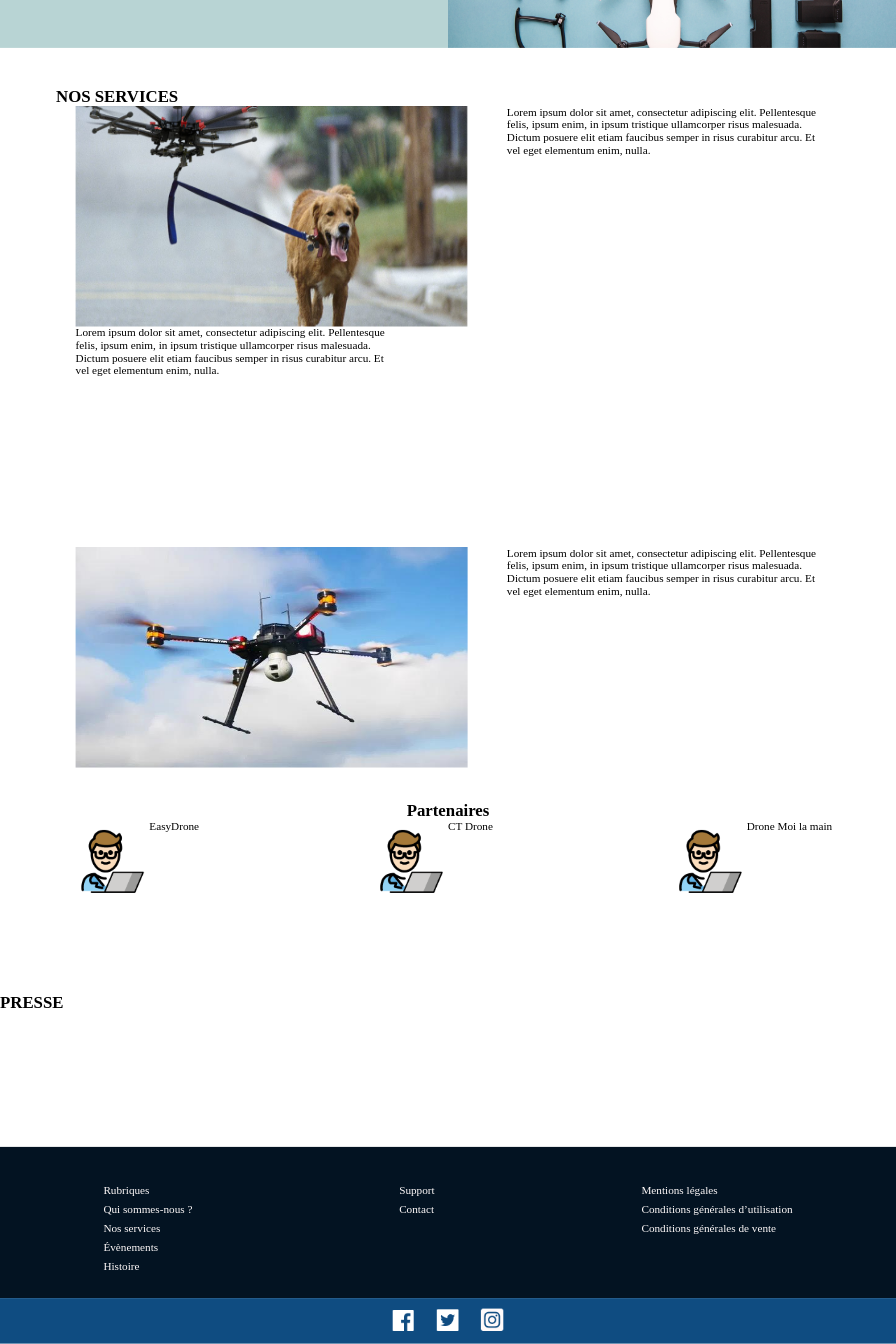
Repository: clairedupuich/serv_drone
Page: http://localhost/aceuille.html
These files come from the project's save history. The page is drawn as it stood at one moment and after the next save; the edit follows.
The browser window is 1280 px wide. The pictures show the part of the page from y = 808 to 2728 px (the page is 2728 px tall before and 2604 px after), at 70% of full size.
Pictures or frames that could not be fetched are drawn as grey boxes. The page is run by PHP 8.4 with error messages shown; the project is at /var/www/html/.

Above is the page before, as saved 2020-11-01 22:24:34.

After the next save:
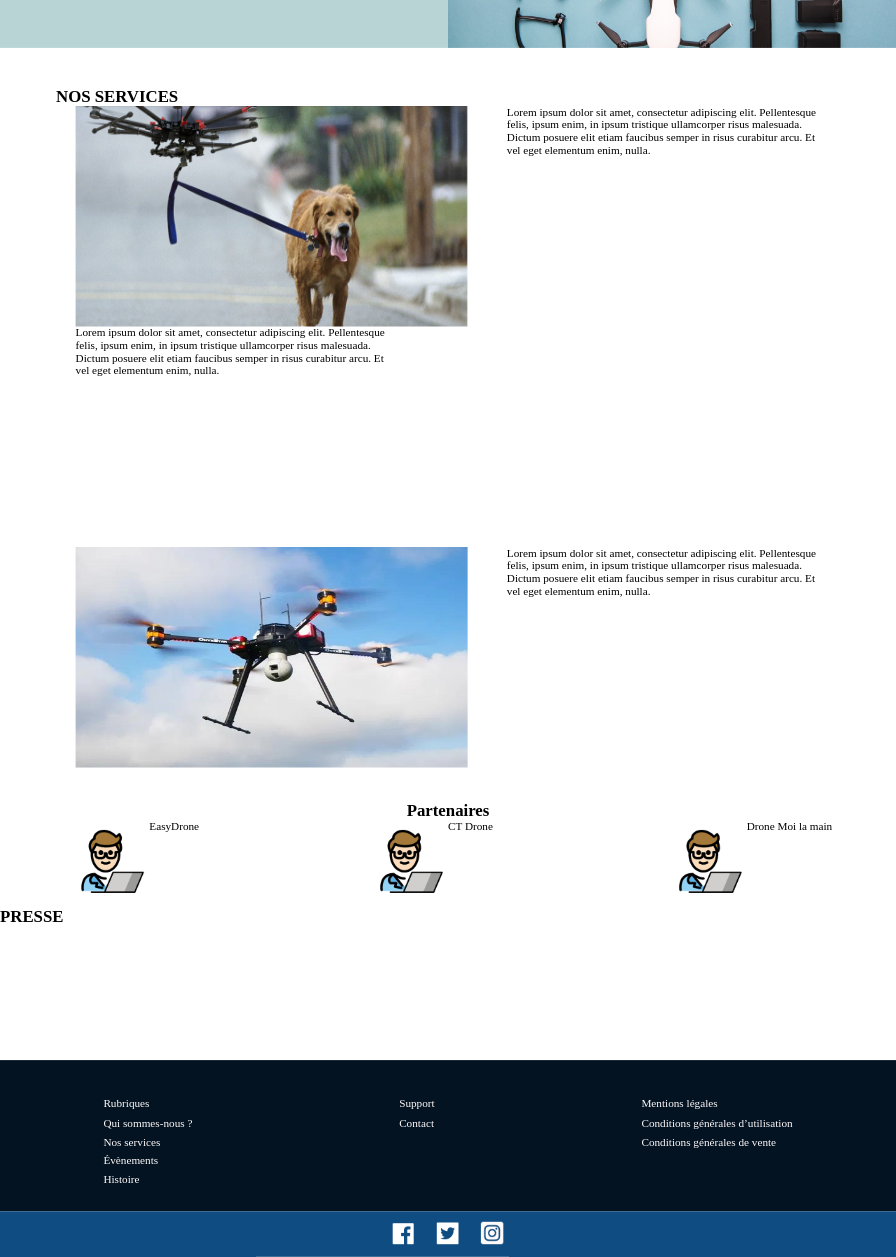
Saved 27 s later.
--- a/style.css
+++ b/style.css
@@ -645,6 +645,6 @@
 }
 .block-partner {
     display: grid;
-    grid-template-rows: 1fr 1fr;
+   /*  grid-template-rows: 1fr 1fr; */
     grid-template-columns: 1fr 1fr;
 }

After the save that followed:
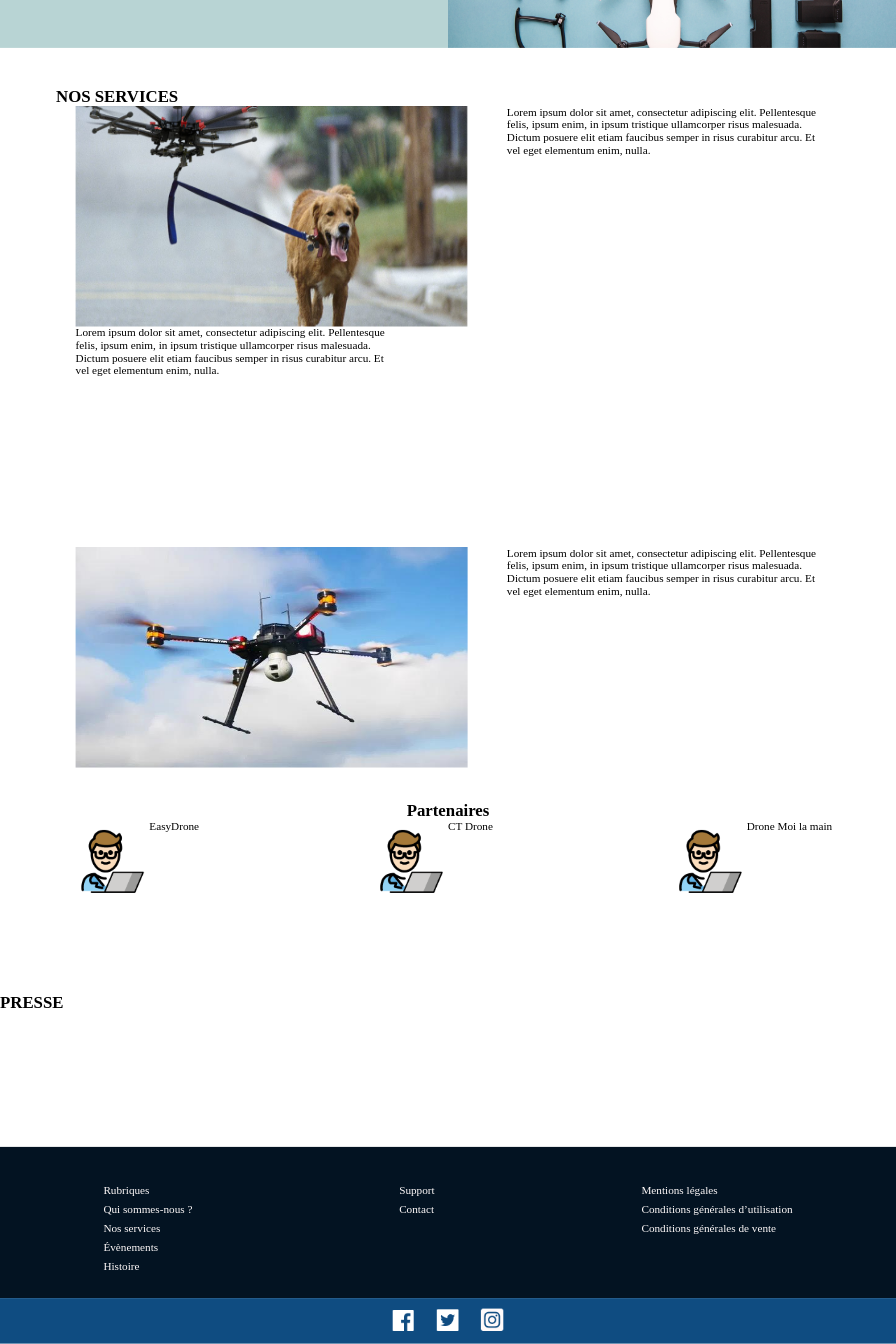
Saved 25 s later.
--- a/style.css
+++ b/style.css
@@ -645,6 +645,6 @@
 }
 .block-partner {
     display: grid;
-   /*  grid-template-rows: 1fr 1fr; */
+    grid-template-rows: 1fr 1fr;
     grid-template-columns: 1fr 1fr;
 }
